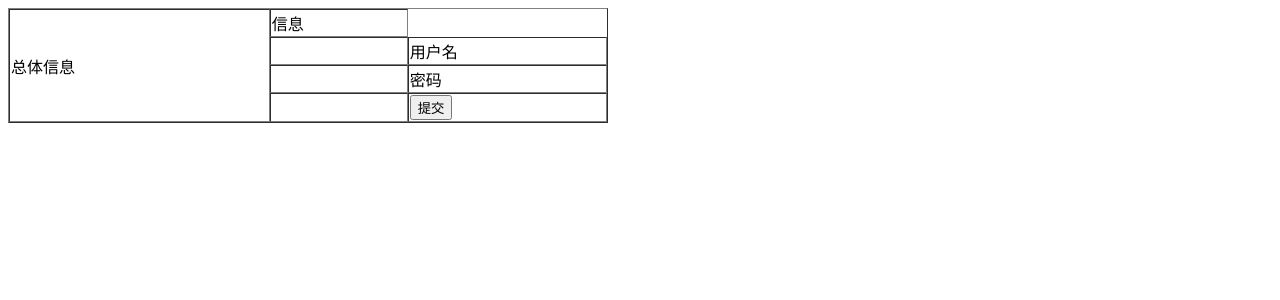
Repository: fixbb/workspace
Page: 008表单/index.html
The author's editor kept a copy of each file at every save. The page is drawn from the files as they stood at one save, then again after the next save.
The browser window is 1280 px wide. The pictures show the whole page.

Above is the page before, as saved 2021-08-24 10:32:27.

### 008表单/index.html
<!DOCTYPE html>
<html lang="en">

<head>
    <meta charset="UTF-8">
    <meta http-equiv="X-UA-Compatible" content="IE=edge">
    <meta name="viewport" content="width=device-width, initial-scale=1.0">
    <title>表单</title>
</head>

<body>
    <table width="600px" border="1" cellspacing="0">
        <tbody>
            <tr>
                <td rowspan="4">总体信息</td>
                <td>信息</td>

            </tr>
            <tr>

                <td></td>
                <td>用户名</td>
            </tr>
            <tr>

                <td></td>
                <td>密码</td>
            </tr>
            <tr>

                <td></td>
                <td><button>提交</button></td>
            </tr>
        </tbody>
    </table>
</body>

</html>

After the next save:
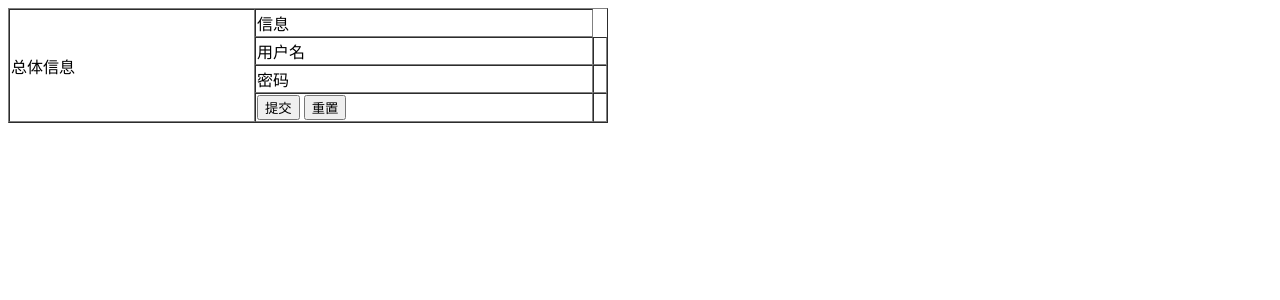
Saved 41 s later.
--- a/008表单/index.html
+++ b/008表单/index.html
@@ -18,18 +18,21 @@
             </tr>
             <tr>
 
+                <td>用户名</td>
                 <td></td>
-                <td>用户名</td>
             </tr>
             <tr>
 
+                <td>密码</td>
                 <td></td>
-                <td>密码</td>
             </tr>
             <tr>
 
+                <td>
+                    <button>提交</button>
+                    <button>重置</button>
+                </td>
                 <td></td>
-                <td><button>提交</button></td>
             </tr>
         </tbody>
     </table>
